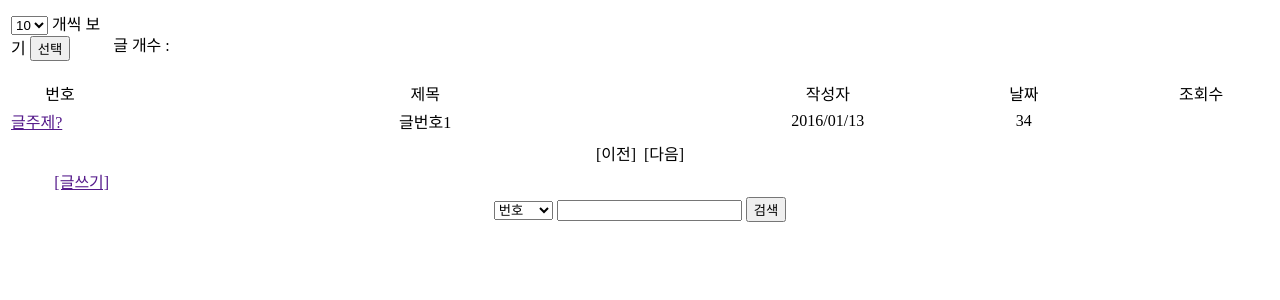
Repository: ekgus419/hckj
Page: http://localhost/Railro/WEB-INF/views/index.jsp
The author's editor kept a copy of each file at every save. The page is drawn from the files as they stood at one save, then again after the next save.
The browser window is 1280 px wide. The pictures show the whole page.
The page is served by Tomcat 9. Nobody is signed in. Other server files are loaded and not shown. The template is opened directly, without the code that normally fills it, so the values that code supplies are empty.

Above is the page before, as saved 2016-08-18 06:27:36.

### Railro/src/main/webapp/WEB-INF/views/index.jsp
<%@ page language="java" pageEncoding="UTF-8" trimDirectiveWhitespaces="true"%>

<div id="content">
	<table class="board_list">
		<tr class="board_header">
			<td id="board_list_limit">
				<form action="" method="get">
					<select name="limit">
						<option value="5">5</option>
						<option value="10" selected="selected">10</option>
						<option value="15">15</option>
						<option value="20">20</option>
					</select>
					개씩 보기
					<input class="submit" type="submit" value="선택"/>
				</form>
			</td>
			<td id="board_list_num">
			글 개수 :
			</td>
		</tr>
		<tr class="board_list_col" align="center" valign="middle">
			<td width="8%" height="26">
				<div align="center">번호</div>
			</td>
			<td width="50%">
				<div align="center">제목</div>
			</td>
			<td width="14%">
				<div align="center">작성자</div>
			</td>
			<td width="17%">
				<div align="center">날짜</div>
			</td>
			<td width="11%">
				<div align="center">조회수</div>
			</td>
		</tr>
		<tr class="board_list_contents" align="center" valign="middle"
			onmouseover="this.style.backgroundColor='#E8E8E8'"
			onmouseout="this.style.backgroundColor=''">
			<td>
				<div align="left">
				<a href="">
					글주제?
				</a>
				</div>
			</td>

			<td>
				<div align="center">글번호1</div>
			</td>
			<td>
				<div align="center">2016/01/13</div>
			</td>
			<td>
				<div align="center">34</div>
			</td>
		</tr>
		<tr>
		<td><div class="white_space"></div></td>
		</tr>
		<tr align=center>
			<td colspan=7>
				[이전]&nbsp;
				[다음]
			</td>
		</tr>
		<tr align="left">
			<td align="right">
		   		<a href="">[글쓰기]</a>
			</td>
		</tr>
		<tr align="center">
			<td colspan="5">
				<form action="" method="get">
					<select name="keyField">
						<option value="BOARD_NUM">번호</option>
						<option value="BOARD_ID">작성자</option>
						<option value="BOARD_SUBJECT">제목</option>
					</select>
					<input type="text" name="keyWord"/>
					<input class="submit" type="submit" value="검색"/>
				</form>
			</td>
		</tr>
	</table>
</div>

After the next save:
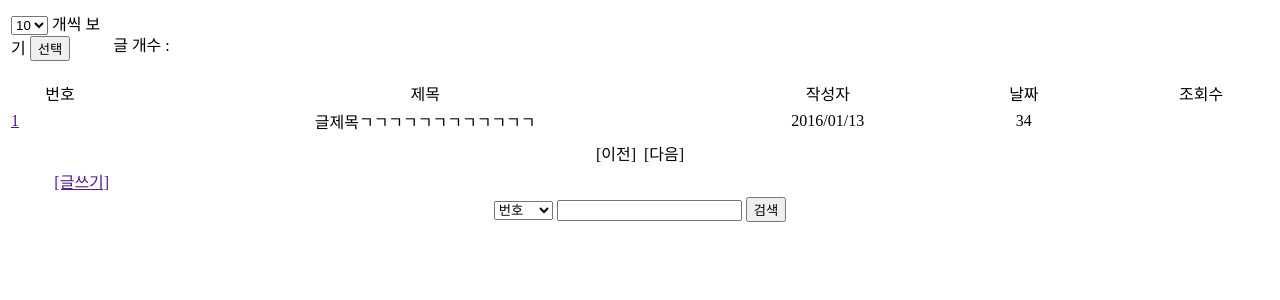
Saved 96 s later.
--- a/Railro/src/main/webapp/WEB-INF/views/index.jsp
+++ b/Railro/src/main/webapp/WEB-INF/views/index.jsp
@@ -42,13 +42,13 @@
 			<td>
 				<div align="left">
 				<a href="">
-					글주제?
+					1
 				</a>
 				</div>
 			</td>
 
 			<td>
-				<div align="center">글번호1</div>
+				<div align="center">글제목ㄱㄱㄱㄱㄱㄱㄱㄱㄱㄱㄱㄱ</div>
 			</td>
 			<td>
 				<div align="center">2016/01/13</div>
